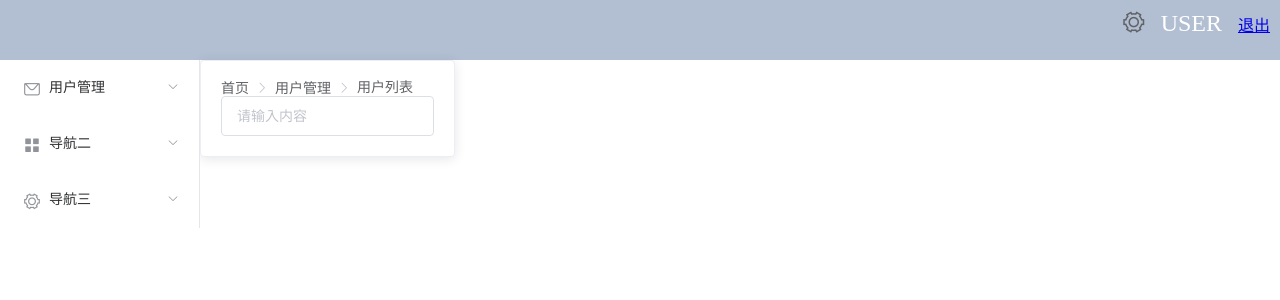
Repository: euphor1azzy/testlist
Page: /#/users (app in list/)
The author's editor kept a copy of each file at every save. The page is drawn from the files as they stood at one save, then again after the next save.
The browser window is 1280 px wide. The pictures show the whole page.
The project was rebuilt for these pictures with package versions that can differ from the ones it lists, and the page was loaded fresh each time. Also part of the build but not shown: list/src/views/login/login.vue.

Above is the page before, as saved 2020-08-25 17:21:32.

After the next save:
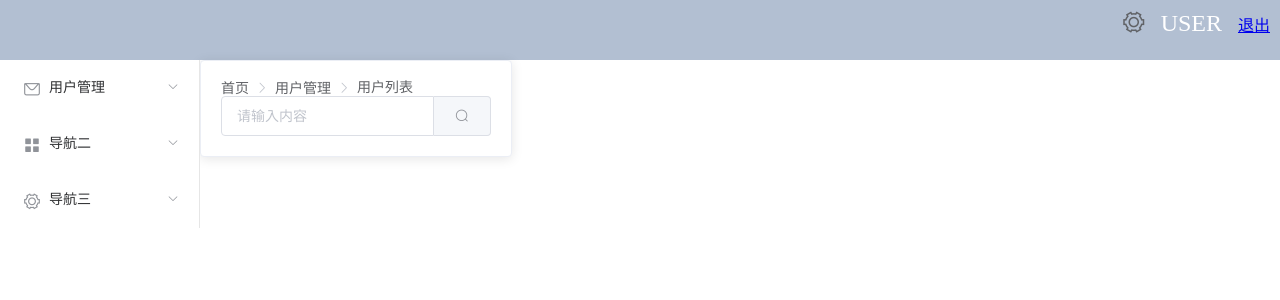
Saved 17 s later.
--- a/list/src/components/users/users.vue
+++ b/list/src/components/users/users.vue
@@ -14,7 +14,7 @@
         <el-col>
 
                      <el-input placeholder="请输入内容" v-model="input3" class="input-with-select">
-                          <el-button  icon="el-icon-search"></el-button>
+                          <el-button  slot="append" icon="el-icon-search"></el-button>
                      </el-input>
         </el-col>
     </el-row>
